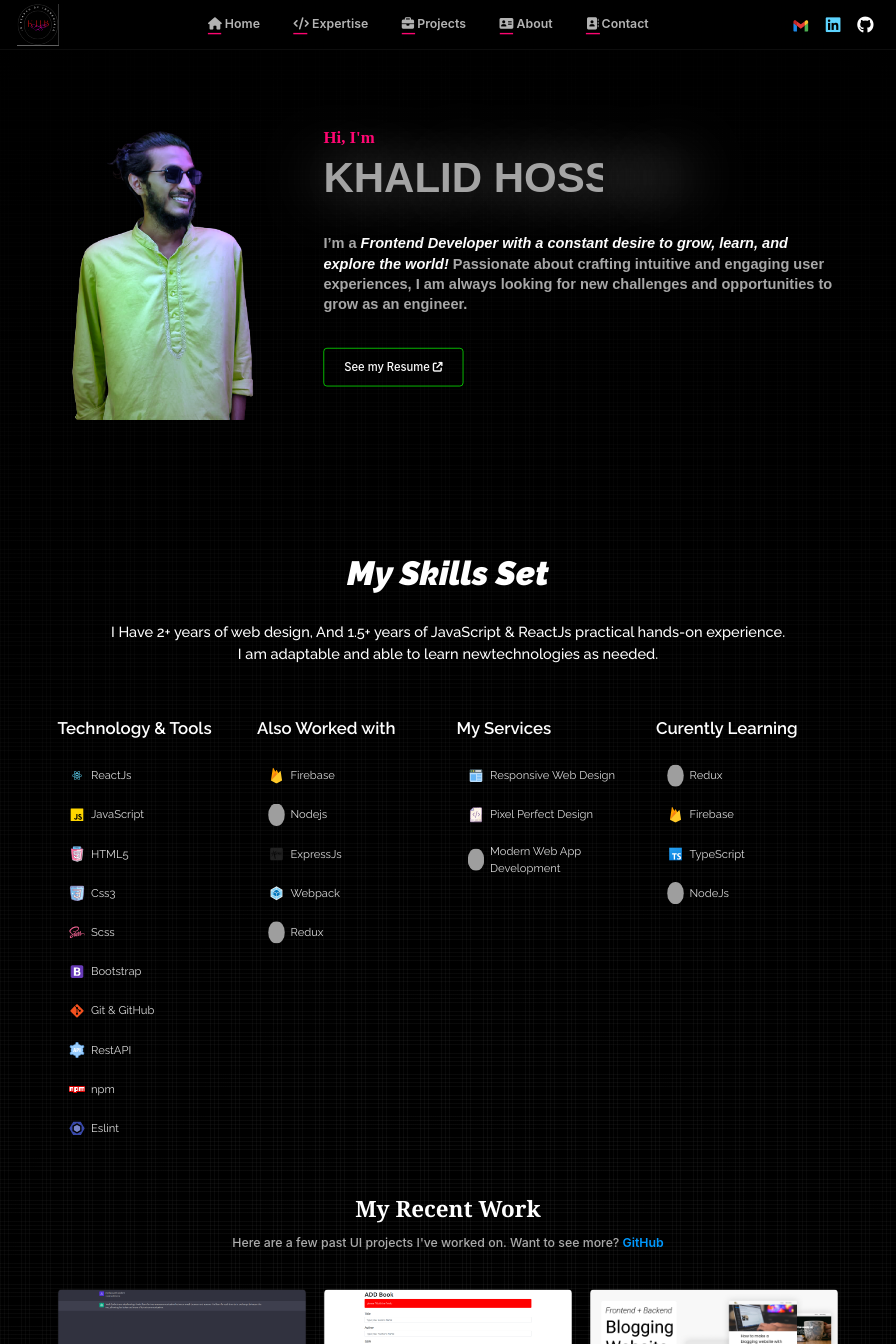
Repository: badhon252/my-portfolio
Page: /
An editor plug-in stored every save of this project. The page is shown before and after the next save, followed by the edit.
The browser window is 1280 px wide. The pictures show the part of the page from y = 0 to 1920 px (the page is 3749 px tall), at 70% of full size.
Pictures or frames that could not be fetched are drawn as grey boxes. Some web fonts or font styles are not loaded; a fallback is used. The project was rebuilt for these pictures with package versions that can differ from the ones it lists, and the page was loaded fresh each time.

Above is the page before, as saved 2023-02-14 18:49:49.

### public/index.html
<!DOCTYPE html>
<html lang="en">

<head>
    <meta charset="utf-8" />
    <meta name="viewport" content="width=device-width, initial-scale=1.0" />
    <meta name="theme-color" content="#000000" />
    <link rel=" stylesheet " href=" https://cdnjs.cloudflare.com/ajax/libs/font-awesome/6.2.1/css/all.min.css ">
    <!-- For google search engines  -->
    <meta name="google-site-verification" content="pFRaVUB3Vqtpp7CYJiHCBl35aQ6s2zmKJ89Zh2XF5rQ" />
    <meta name="description"
        content="I'm Khalid Hossain Badhon, I'm a experienced Frontend Web Application developer with more than 2years of hands on experienced. Front-end engineers, Front-end development, reactjs developer, javascript developer" />
    <!--  Bootstap== -->
    <link rel=" stylesheet " href=" https://cdn.jsdelivr.net/npm/bootstrap@5.3.0-alpha1/dist/css/bootstrap.min.css ">


    <title>Khalid Hossain Badhon | Frontend Developer</title>
</head>

<body>
    <div id="root"></div>

    <script src=" https://cdn.jsdelivr.net/npm/bootstrap@5.3.0-alpha1/dist/js/bootstrap.bundle.min.js "></script>
    <!-- <script src=" https://platform.linkedin.com/badges/js/profile.js " async defer type=" text/javascript "></script> -->

</body>

</html>

### src/index.css
* {
    margin: 0;
    padding: 0;
    box-sizing: border-box;
}

html {
    --scrollbarBG: #2f2f2f;
    --thumbBG: #808080;
}

body {
    margin: 0;
    font-family: -apple-system, BlinkMacSystemFont, 'Segoe UI', 'Roboto', 'Oxygen', 'Ubuntu', 'Cantarell', 'Fira Sans', 'Droid Sans', 'Helvetica Neue', sans-serif;
    -webkit-font-smoothing: antialiased;
    -moz-osx-font-smoothing: grayscale;
    background-color: #000000;
    background-image: radial-gradient(circle at center center, transparent 0%, rgb(0, 0, 0) 99%), repeating-linear-gradient(0deg, rgba(163, 163, 163, 0.07) 0px, rgba(163, 163, 163, 0.07) 1px, transparent 1px, transparent 6px), repeating-linear-gradient(90deg, rgba(163, 163, 163, 0.07) 0px, rgba(163, 163, 163, 0.07) 1px, transparent 1px, transparent 6px), linear-gradient(90deg, rgb(0, 0, 0), rgb(0, 0, 0));
    color: #ffffff;
    scrollbar-width: thin;
    scrollbar-color: var(--thumbBG) var(--scrollbarBG);
}

body::-webkit-scrollbar {
    width: 12px;
}

body::-webkit-scrollbar-track {
    background: var(--scrollbarBG);
}

body::-webkit-scrollbar-thumb {
    background-color: var(--thumbBG);
    border-radius: 6px;
    border: 3px solid var(--scrollbarBG);
}

### src/Components/Home/Home.jsx
import AboutMe from "./AboutMe/AboutMe";
// import Footer from "./Footer/Footer";
import Header from "./Header/Header";
import Projects from "./Project/Projects";
import Skill from "./Skill/Skill";


export default function Home() {
  return (
    <div id="home">
        <Header />
        <Skill/>
        <Projects/>
        <AboutMe/>
        {/* <Footer/> */}

    </div>
  )
}

### src/Components/Home/Header/Header.jsx
import React from 'react'
import HeaderContent from './HeaderContent/HeaderContent'
import Navbar from './Navbar/Navbar'
import Classes from './Header.module.css'

export default function Header() {
  return (
    <header className={Classes.header}>
      <Navbar/>
      <HeaderContent/>
    </header>
  )
}

### src/Components/Home/Skill/Skill.jsx
import "./Skill.css"
import SkillSet from "./SkillSet";
const SkillEfficiency = () => {
    return (
       <section id="skill" >
        <div className="container">

        <div className="d-flex justify-content-center">
                <h1 className="skillSet__title"> My Skills Set </h1>
        </div>
                <div className="skillSet__title__line">
                    <div className="skillSet__title__line__inner">
                        I Have 2+ years of web design, And 1.5+ years of JavaScript & ReactJs practical hands-on experience. <br />
                        <span> I am adaptable and able to learn newtechnologies as needed.</span>
                    </div>
                </div>
                  <SkillSet/>
        </div>
       </section>
    );
}

export default SkillEfficiency;

### src/Components/Home/AboutMe/AboutMe.css
#about {
    padding: 2rem 1rem;
    min-height: 100vh;
}

#about p {
    font-size: 1.2em;
    font-weight: 500;
    margin-bottom: 1rem;
    color: rgba(255, 255, 255, 0.568);
    line-height: 1.3;
    letter-spacing: -1px;
}

#about h1 {
    color: #fcfcfc;
    font-size: 2.5em;
}

#about p:hover {
    color: #fcfcfc;
    cursor: text;
}

.aboutMe_titile::after {
    content: "";
    display: block;
    position: relative;
    top: -13px;
    width: 30vw;
    height: 1px;
    margin-left: 200px;
    background-color: rgba(9, 250, 227, 0.63);
}


/* Hometown ======== */

.homeTown_title {
    font-size: 1.3em;
    font-weight: 600;
    color: aquamarine;
    font-weight: 600;
}


/* .homeTown_title i {
    color: rgb(255, 255, 255);
    font-size: 1.2rem;
    width: 100%;
} */


/* edu ========== */

.crt_title,
.edu_title {
    font-size: 1.3em;
    font-weight: 600;
    color: aquamarine;
}

#about h4 {
    font-size: 1em;
    font-weight: 500;
    color: rgb(206, 255, 239);
    line-height: 1.5;
}

#about h4 span {
    color: rgb(88, 126, 111);
}

#about h4 span:hover {
    color: rgb(255, 255, 255);
}

#about h4 a {
    color: rgb(88, 126, 111);
    text-decoration: none;
}

### src/Components/Home/Header/HeaderContent/HeaderContent.jsx
import Badhon from "../../../../Assests/Images/badhon-color.png";
import HeroSection from './HeroSection'
import Classes from "./Header.module.css";

export default function HeaderContent() {
  return (
      <div className="container" >
        <div className={Classes.headerContainer}>

          <div className="row my-5" >
              <div className="col-md-4">
                <img src={Badhon} alt="Badhon" className="img-fluid w-100 px-2" />
              </div>
              <div className="col-md-8 py-5 d-flex flex-column">
                <HeroSection />
              </div>
          </div>
        </div>
      </div>
  )
}

### src/Components/Home/Header/Navbar/Navbar.jsx
import "./Navs/Navs.css"
import "./Navbar.css"
import Nav from './Navs/Nav/Nav'
// import NavbarBrand from './NavbarBrand/NavbarBrand'
// import LinkedIn from './Navs/LinkedIn/LinkedIn'
// import GitHub from './Navs/GitHub/Github'

export default function Navbar() {
  return (
    <div className='navBar borderBottom container-fluid'>
            <Nav/>
         {/* <div className='navBar'>
            <LinkedIn/>
            <GitHub/>
         </div> */}
    </div>
  )
}

### src/Components/Home/Header/Header.module.css
.header {
    color: aliceblue;
    padding: 0 1rem;
}

### src/Components/Home/Project/ProjectCard.jsx
import CardImgLink from "./Card_img__link"
import "./Projects.css"

export default function ProjectCard(props) {

  function stacks(){
    return props.stack.map((item, index) => {
      return <span className="stack" key={index}>#{item}</span>
    })
  }

  return (
    <div className="card my-1" id="card">
          <div className="card-img">
            <a href={props.preview} >
              <img src={props.img} className="card-img-top img-fluid" alt={props.title}/>
              <CardImgLink preview={props.preview} link={props.link}/>
            </a>
          </div>
        <div className="card-body">
          <div className="stacks">
             {stacks()}
          </div>

            <h5 className="card-title my-2">{props.title}</h5>
            <span className="card-text py-5 px-3">{props.text}</span>

        </div>
    </div>
  )
}

### src/Components/Home/Project/Projects.css
#card {
    background-color: #2c2d2c3a;
    /* width: 18rem */
    overflow: hidden;
    color: aliceblue;
    position: relative;
    text-align: center;
    transition: .5s;
}

#card:hover {
    /* width: 18rem */
    overflow: hidden;
    text-align: center;
    box-shadow: 5px 5px 50px rgba(53, 255, 3, 0.193);
    transform: translateY(-25px);
}

#card:hover span {
    color: aliceblue;
}

.card-img {
    overflow: hidden;
}

.img-fluid {
    border-radius: 0%;
    width: 100%;
    height: 100%;
    object-fit: cover;
    object-position: center;
    transition: 0.5s;
}

#card:hover .card-img-top {
    border-radius: 0;
    transform: scale(1.1);
}


/* Path: src/Components/Home/Project/Projects.css */

.project__title {
    color: rgba(255, 255, 255, 0.664);
    text-align: center;
}

.project__title h2 {
    font-size: 2rem;
    font-weight: 700;
    margin-bottom: 1rem;
    color: #fff;
    font-family: Georgia, 'Times New Roman', Times, serif;
}

.project__title__line {
    font-weight: 500;
    font-size: 1.1rem;
}

.project__title__line a {
    color: #0099ff;
    text-decoration: none;
    font-weight: 600;
}

.project__title__line a:hover {
    color: #1da5ff;
    text-decoration: underline;
}

.card_img__link {
    align-items: center;
    background-color: rgba(0, 0, 0, 0.332);
    border-radius: 5px;
    display: flex;
    justify-content: flex-end;
    position: absolute;
    right: 0;
    top: 0;
    bottom: 0;
    left: 0;
    transition: .5s;
    opacity: 0;
}

#card:hover .card_img__link {
    opacity: 1;
}

.card_img__link a {
    color: #dbdbdb;
    text-decoration: none;
    font-weight: 700;
    margin: 0 .5rem;
}

.card_img__link a:hover {
    color: #eae8ff;
    text-decoration: none;
    font-weight: 700;
}

.card_img__link i {
    color: #fff;
}

.card_img__link i:hover {
    color: rgb(0, 157, 255);
}


/* .githubIcon {
    right: 5px;
}

.redirect {
    max-width: 40px;
    margin-top: 6px;
    color: #0099ff;
} */

.card-body {
    z-index: 111;
    padding-bottom: 2rem;
}

.card-body h5 {
    font-size: 1.2rem;
    font-weight: 600;
    margin: 0;
}

.card-body .stacks {
    margin: 0;
    opacity: 0;
    transition: 0.5s;
}

#card:hover .stacks {
    opacity: 1;
}

.card-body .stack {
    display: inline;
    font-size: .8rem;
    font-weight: 600;
    color: #ffffff;
    background-color: rgb(73, 73, 73);
    margin: .1rem;
    border-radius: 5px;
    text-align: left;
}

.card-text {
    color: #dbdbdbbb;
}

.card-text:hover {
    color: #eae8ff;
}

### src/Components/Home/Skill/Skill.css
@import url('https://fonts.googleapis.com/css2?family=Raleway:ital,wght@0,300;0,400;0,500;0,600;0,700;0,800;0,900;1,500;1,600;1,900&display=swap');

/* .skills {
    margin: 4rem 0 2rem 0;
    display: flex;
    justify-content: space-around;
    flex-wrap: wrap;
    gap: 2rem;
    height: 80vh;
    overflow: hidden;
} */

#skill {
    font-family: 'Raleway', sans-serif;
    margin-top: 70px;
}

.skillSet__title__text h2 {
    font-size: 1.5em;
    font-weight: 600;
    margin-bottom: 1rem;
    display: inline-block;
}

.skillSet__title__text h2::after {
    content: "";
    display: block;
    height: 4px;
    transition: .5s;
    width: 0;
    background: rgb(255, 14, 118);
}

.skillSet:hover .skillSet__title__text h2::after {
    width: 100%;
}

.skillSet li {
    list-style-type: none;
    margin: 0.5rem 1rem;
    color: #ffffffda;
    transition: .4s;
    display: flex;
    align-items: center;
    padding: .5rem 0;
}

.skillSet li img {
    width: 1.5rem;
    margin-right: 0.5rem;
}

.skillSet:hover li {
    color: #ffffff;
    transform: translateY(-5px);
}

.skillSet:hover li img {
    transform: scale(1.2);
}


/* .skillSet:hover {
    background: linear-gradient(90deg, rgba(9, 255, 5, 0.5) 0%, rgba(255, 0, 0, 0.5) 100%);
    box-shadow: 0 0 10px 0 rgba(255, 255, 255, 0.5);
} */

.skillSet__title {
    font-weight: 900;
    font-style: italic;
    font-size: 3em;
}

.skillSet__title::after {
    content: "";
    display: block;
    height: 4px;
    transition: .6s;
    width: 0;
    background: linear-gradient(202deg, rgb(5, 255, 1) 20%, rgb(255, 14, 118) 50%, rgb(0 4 255) 100%);
}

#skill:hover .skillSet__title::after {
    width: 100%;
}

.skillSet__title__line {
    font-size: 1.3rem;
    font-weight: 800;
    color: rgba(255, 255, 255, 0.63);
    text-align: center;
    margin: 1rem 0;
}

.skillSet__title__line__inner {
    font-family: 'Raleway', sans-serif;
    margin: 1.3em 0 3em 0;
    font-size: 1em;
    font-weight: 500;
    line-height: 1.5;
    color: #ffffff;
}

.skillSet {
    margin: 1rem 0;
}


/* Generated code  */


/* .wave-container {
    height: 40vh;
    background-color: #000000;
    position: relative;
}

.wave-container::before {
    content: "";
    width: 100%;
    height: 135px;
    position: absolute;
    bottom: -0.3%;
    left: 0;
    background-size: auto;
    background-repeat: repeat no-repeat;
    background-position: 54vw bottom;
    background-image: url("data:[embedded picture, 356 characters]");
}

@media(max-width:850px) {
    .wave-container::before {
        height: 67.5px
    }
} */

### src/Components/Home/Header/HeaderContent/HeroSection.jsx
import Classes from "./Header.module.css";
// import Name from "./Name";

export default function HeroSection() {
  return (
    <div className={Classes.heroSection}>
          <h2 className={Classes.h2}>Hi, I'm</h2>
          <h1 className={Classes.myName}>
            <span>
              Khalid Hossain.
            </span>
          </h1>
          {/* <Name/> */}
          <div className={Classes.bio}>
            I’m a <span>Frontend Developer with a constant desire to grow, learn, and explore the world!</span> Passionate about crafting intuitive and engaging user experiences,
            I am always looking for new challenges and opportunities to grow as an engineer.
          </div>

          <a className={Classes.resume} href="https://drive.google.com/file/d/1dNWfd7X8CYs_9THDZo58HHKVKzD8WfeY/view?usp=share_link" target="_blank" rel="noreferrer">
              See my Resume <i className="fa-solid fa-arrow-up-right-from-square"></i>
          </a>

    </div>
  );
}

### src/Components/Home/Header/HeaderContent/Header.module.css
@import url('https://fonts.googleapis.com/css2?family=Unbounded:wght@400;500;600;700;800;900&display=swap');
.headerContainer {
    min-height: 100vh;
    width: 100%;
    display: flex;
    justify-content: center;
    align-items: center;
    flex-direction: column;
    position: relative;
    overflow: hidden;
}

.heroImage {
    max-width: 100%;
    object-fit: cover;
    height: auto;
    box-sizing: border-box;
    overflow: hidden;
    /* border-radius: 30% 70% 64% 36% / 44% 42% 58% 56%; */
}

.myName {
    text-transform: uppercase;
    letter-spacing: 0.5em;
    display: inline-block;
    margin: 0 0 1rem 0;
}

.myName span {
    font: 700 1.5em/1 "Unbounded", sans-serif;
    letter-spacing: 0;
    padding: 0.25em 0 0.325em;
    text-shadow: 0 0 80px rgba(255, 255, 255, 0.5);
    /* Clip Background Image */
    background: url(https://i.ibb.co/RDTnNrT/animated-text-fill.png) repeat-y;
    -webkit-background-clip: text;
    background-clip: text;
    /* Animate Background Image */
    -webkit-text-fill-color: transparent;
    -webkit-animation: aitf 80s linear infinite;
    /* Activate hardware acceleration for smoother animations */
    -webkit-transform: translate3d(0, 0, 0);
    -webkit-backface-visibility: hidden;
}


/* Animate Background Image */

@keyframes aitf {
    0% {
        background-position: 0% 50%;
    }
    100% {
        background-position: 100% 50%;
    }
}

.heroSection:hover .myName {
    text-shadow: 0 0 12px #24fbdd;
}

.h2 {
    font-size: 1.5em;
    font-family: 'Unbounded', cursive;
    margin: 1rem 0;
    line-height: 1;
    color: #ff006f;
    font-weight: 600;
}


/* #about p:hover h2 {
    text-shadow: 0 0 12px #24fbdd;
} */

.bio {
    font-size: 1.3em;
    color: rgba(255, 255, 255, 0.653);
    line-height: 1.4;
    font-family: 'Titillium Web', sans-serif;
    font-weight: 600;
    margin: 2rem 0;
}

*::selection {
    background-color: #f2ff00;
    color: #000000;
}

.bio span {
    font-style: italic;
    color: #fcfcfc;
}


/* bio text animations  */

.center {
    width: 100%;
    height: 100vh;
    display: flex;
    justify-content: center;
    align-items: center;
}

.char {
    font-size: 40px;
    height: 40px;
    animation: an 1s ease-out 1 both;
    display: inline-block;
}

@keyframes an {
    from {
        opacity: 0;
        transform: perspective(500px) translate3d(-35px, -40px, -150px) rotate3d(1, -1, 0, 35deg);
    }
    to {
        opacity: 1;
        transform: perspective(500px) translate3d(0, 0, 0);
    }
}

.mylink {
    position: absolute;
    z-index: 150;
    bottom: 0;
    right: 0;
    width: 100%;
    text-align: right;
    padding: .6rem;
}


/*! resume  */

.resume {
    padding: .9rem 1.8rem;
    border: 1px solid #09ff01;
    font-size: 1rem;
    font-weight: 500;
    margin-top: 1rem;
    outline: none;
    border-radius: 5px;
    background: none;
    color: #fcfcfc;
    transition: .5s;
    cursor: pointer;
    text-decoration: none;
    display: inline-block;
}

.resume:hover {
    color: rgb(7, 7, 7);
    background-color: rgb(0, 255, 21);
}

.resume:active {
    transform: scale(0.95);
}

### src/Components/Home/Header/Navbar/Navs/Navs.css
.flexRow {
    display: flex;
    justify-content: space-between;
    align-items: center;
    flex-wrap: wrap;
    gap: 2rem;
}

.me_1 {
    margin-right: 1rem;
}

img {
    width: 2rem;
    height: 2rem;
    border-radius: 50%;
}

.navbar-brand {
    /* background: #FFFF00;
    background: linear-gradient(to left, #FFFF00 0%, #05C1FF 50%, #FFFF00 100%);
    -webkit-background-clip: text;
    -webkit-text-fill-color: transparent; */
    color: aqua;
    font-size: 1.5rem;
    font-weight: 600;
    text-decoration: none;
    font-family: "Poppins", sans-serif;
}

### src/Components/Home/Header/Navbar/Navbar.css
.boxShadow {
    -webkit-box-shadow: 0px 22px 40px -37px rgba(255, 255, 255, 1);
    -moz-box-shadow: 0px 22px 40px -37px rgba(255, 255, 255, 1);
    box-shadow: 0px 22px 40px -37px rgba(255, 255, 255, 1);
}

.borderBottom {
    border-bottom: 1px solid #f6f6f612;
}

### src/Components/Home/Header/Navbar/Navs/Nav/Nav.jsx
import logo from "../../../../../../Assests/icons/logo.svg"
import SocialIcons from "../../../../Icons/SocialIcons"
import "./../Navs.css"
import "./Nav.css"

export default function Nav() {

  return (
    <nav className="navbar navbar-expand-lg">
      <div className="container-fluid">
        <a className="navbar-brand" href="#home">
          <img className="img-fluid" src={logo} alt="@badhon252" />
        </a>
        <button className="navbar-toggler" type="button" data-bs-toggle="collapse" data-bs-target="#navbarNav" aria-controls="navbarNav" aria-expanded="false" aria-label="Toggle navigation">
          <i className="fa-solid fa-bars"></i>
        </button>
        <div className="collapse navbar-collapse" id="navbarNav">
          <ul className="navbar-nav mx-auto">
            <li className="nav-item">
              <a className="nav-link" aria-current="page" href="#home"><i className="fa-solid fa-house"></i> Home</a>
            </li>
            <li className="nav-item">
              <a className="nav-link" href="#skill"><i className="fa-solid fa-code"></i> Expertise</a>
            </li>
            <li className="nav-item">
              <a className="nav-link" href="#projects"><i className="fa-solid fa-briefcase"></i> Projects</a>
            </li>
            <li className="nav-item">
                <a className="nav-link" href="#about"><i className="fa-solid fa-address-card"></i> About</a>
            </li>
            <li className="nav-item">
                <a className="nav-link" href="#contact"><i className="fa-solid fa-address-book"></i> Contact</a>
            </li>
          </ul>
          <div className="d-flex">
        <SocialIcons />
          </div>
        </div>
      </div>
    </nav>
  )
}

### src/Components/Home/Project/Card_img__link.jsx
// import githubIcon from "../../../Assests/icons/github.png"
// import redirect from "../../../Assests/icons/redirect.svg"
import "./Projects.css"
export default function Card_img__link(props) {

  return (
     <div className="card_img__link">
              <a href={props.link} target="_blank" rel="noreferrer" >
               <i className="fa-brands fa-github-alt"></i>
              </a>
              <a href={props.preview} target="_blank" rel="noreferrer" >
                  <i className="fa-solid fa-arrow-up-right-from-square redirect"></i>
              </a>

    </div>
  )
}

### src/Components/Home/Icons/SocialIcons.jsx
import "./SocialIcons.css"
import gmailIcon from "../../../Assests/icons/gmail.svg"

export default function SocialIcons() {
  return (
    <div className='icons'>
      <a href="mailto:dev.khalidhossain@gmail.com" target="_blank" rel="noreferrer">
         <img src={gmailIcon} alt="gmail" className="img-fluid" />
      </a>
      <a href="https://www.linkedin.com/in/khalidhossainbadhon/" target="_blank" rel="noreferrer">
         <i class="fa-brands fa-linkedin"></i>
      </a>
      <a href="https://github.com/badhon252" target="_blank" rel="noreferrer">
         <i class="fa-brands fa-github"></i>
      </a>
    </div>
  )
}

### src/Components/Home/Header/Navbar/Navs/Nav/Nav.css
.navBar {
    flex-wrap: wrap;
    position: fixed;
    top: 0;
    right: 0;
    left: 0;
    background-color: #000000dc;
    z-index: 1111111;
    text-align: center;
    box-sizing: border-box;
}

.navbar.navbar-expand-lg {
    padding: 0;
}

.navbar-nav {
    list-style-type: none;
    display: flex;
    justify-content: space-between;
}

.navbar-nav li a {
    text-decoration: none;
    color: rgba(255, 255, 255, 0.703);
    font-size: 1.1em;
    font-weight: 600;
    transition: all 0.3s ease-in-out;
    margin: 0 1rem;
}

.navbar-nav li a:hover {
    color: #ffffff;
}

.navbar-nav li a.active {
    color: #ff00fb;
}

.navbar-nav li a.active:hover {
    color: #f1f1f1;
}

.fa-brands,
.fab {
    font-weight: 400;
    font-size: 1.5rem;
    color: #fff;
}

.fa-bars {
    color: #fff;
}

.navbar-brand .img-fluid {
    max-width: 60px;
    max-height: 60px;
}

.navbar-brand:hover img {
    transform: scale(1.1);
}

.navbar-nav .nav-item .nav-link::after {
    content: "";
    display: block;
    height: 2px;
    width: 1.1em;
    background: #ff0672fc;
    transition: all 0.6s cubic-bezier(0.18, 0.89, 0.32, 1.28);
}

.navbar-nav .nav-item .nav-link:hover::after {
    width: 100%;
}

### src/Components/Home/Icons/SocialIcons.css
.icons {
    display: flex;
    align-items: center;
    box-sizing: border-box;
}

.icons a {
    max-height: 2.5rem;
    max-width: 2.5rem;
    padding: 8px;
    border-radius: 50%;
}

.icons a:hover {
    background-color: rgba(85, 85, 85, 0.402);
}

.icons a:nth-child(2) {
    margin: .5rem;
}

.fa-linkedin {
    color: #5dd4ff!important;
}

Loaded but not shown: src/index.js (common file); src/reportWebVitals.js (common file); src/App.js (11 lines, source omitted); src/Components/Home/Project/Projects.jsx (84 lines, source omitted); src/Components/Home/Skill/SkillSet.jsx (66 lines, source omitted); src/Components/Home/AboutMe/AboutMe.jsx (62 lines, source omitted)

After the next save:
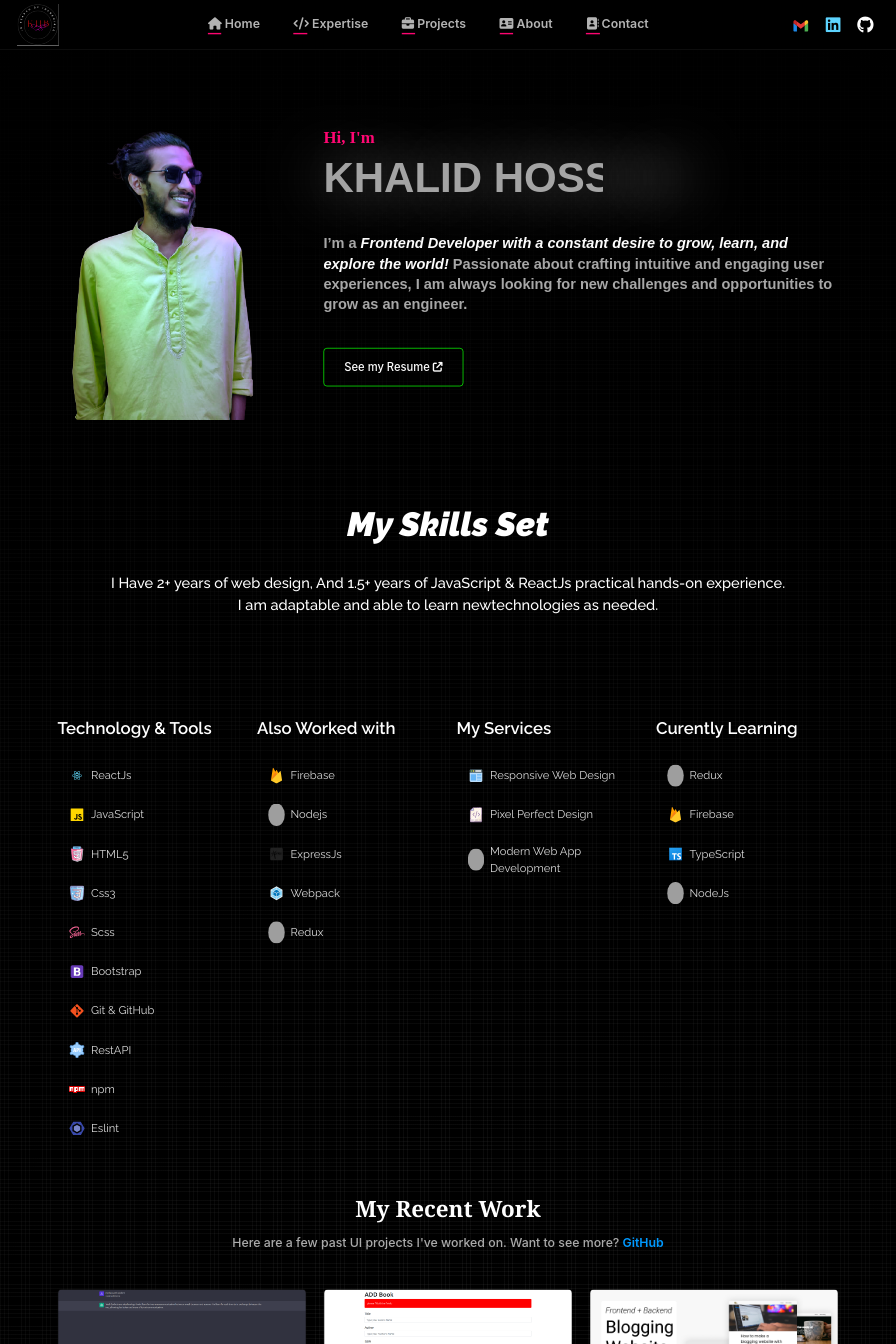
Saved 2 min 31 s later.
--- a/src/Components/Home/Skill/Skill.css
+++ b/src/Components/Home/Skill/Skill.css
@@ -12,7 +12,6 @@
 
 #skill {
     font-family: 'Raleway', sans-serif;
-    margin-top: 70px;
 }
 
 .skillSet__title__text h2 {
@@ -20,6 +19,7 @@
     font-weight: 600;
     margin-bottom: 1rem;
     display: inline-block;
+    margin-top: 70px;
 }
 
 .skillSet__title__text h2::after {
